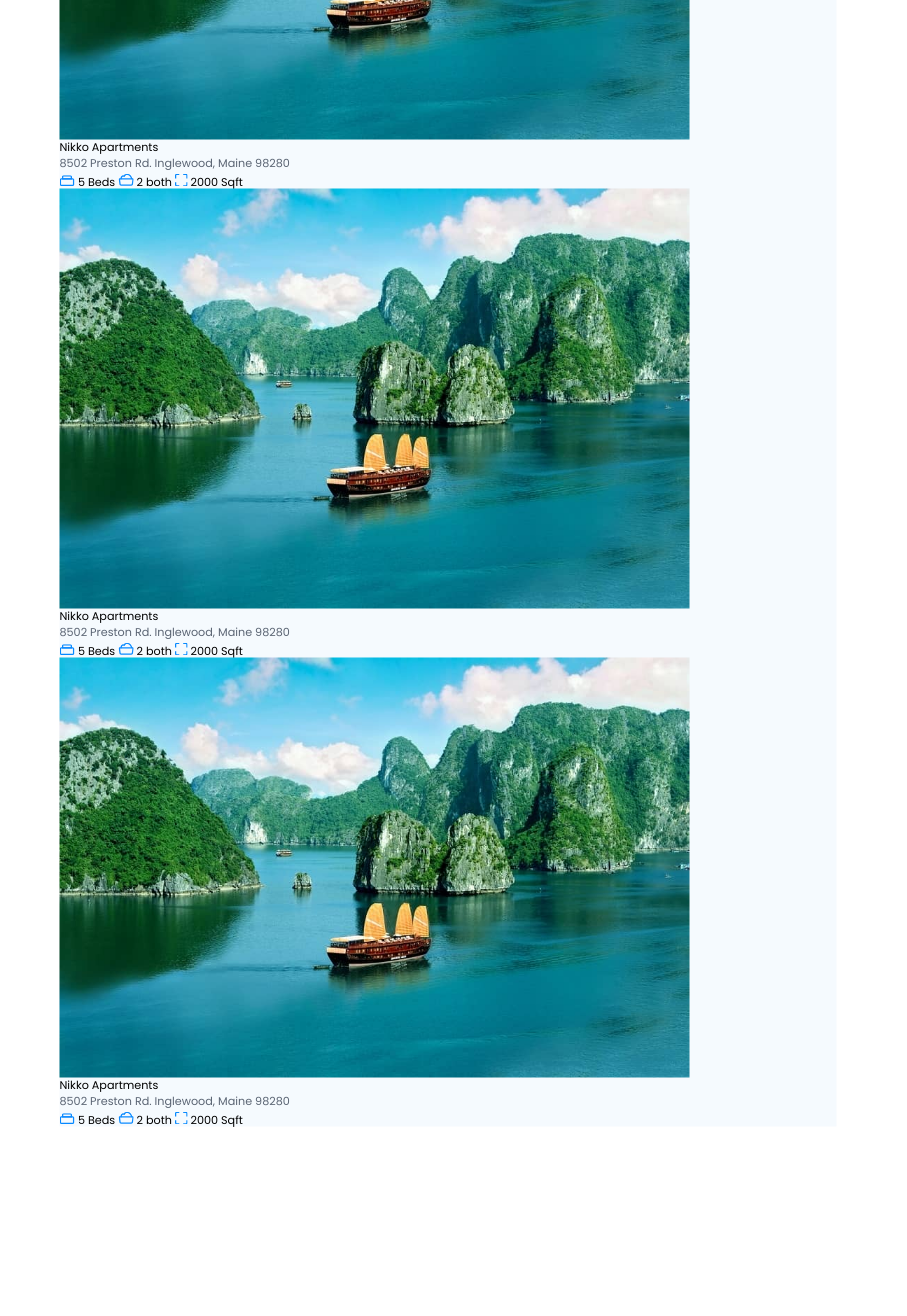
Repository: anhtien111198/f8-htmlcss-01
Page: index.html
The author's editor kept a copy of each file at every save. The page is drawn from the files as they stood at one save, then again after the next save.
The browser window is 1280 px wide. The page is 1295 px wide, so the pictures cover 1295 px, including what lies to the right of the window. The pictures show the part of the page from y = 2365 to 4245 px (the page is 10000 px tall), at 70% of full size.

Above is the page before, as saved 2023-04-30 00:48:55.

After the next save:
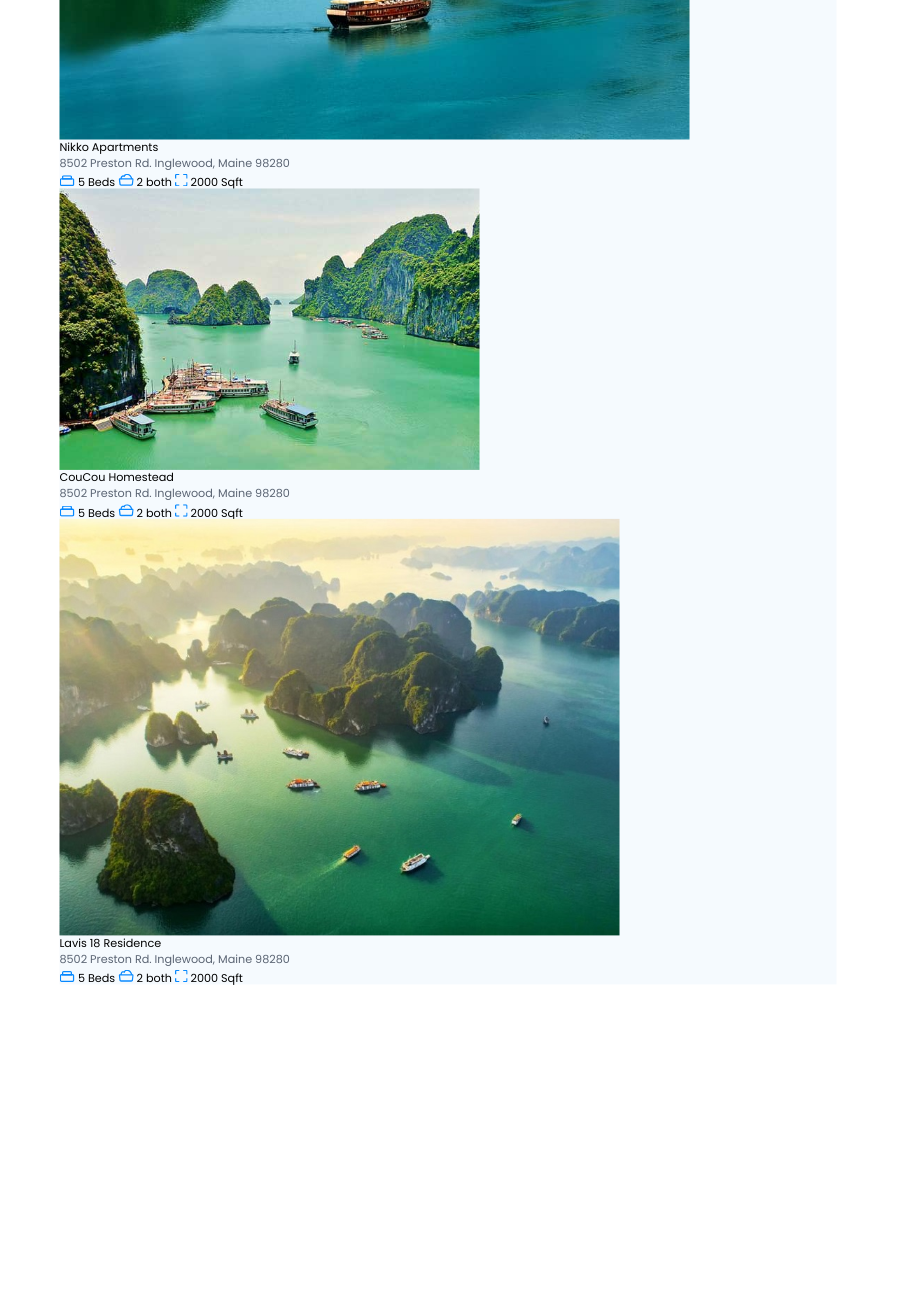
Saved 2 min 42 s later.
--- a/index.html
+++ b/index.html
@@ -220,12 +220,12 @@
                         <!-- Featured-item 2 -->
                         <div class="item">
                             <img
-                                src="./assets/img/featuured-1.jpg"
-                                alt="Nikko Apartments"
+                                src="./assets/img/featured-2.jpg"
+                                alt="CouCou Homestead"
                                 class="thumb"
                             />
                             <div class="body">
-                                <h3 class="title">Nikko Apartments</h3>
+                                <h3 class="title">CouCou Homestead</h3>
                                 <p class="desc">
                                     8502 Preston Rd. Inglewood, Maine 98280
                                 </p>
@@ -257,12 +257,12 @@
                         <!-- Featured-item 3 -->
                         <div class="item">
                             <img
-                                src="./assets/img/featuured-1.jpg"
-                                alt="Nikko Apartments"
+                                src="./assets/img/featured-3.jpg"
+                                alt="Lavis 18 Residence"
                                 class="thumb"
                             />
                             <div class="body">
-                                <h3 class="title">Nikko Apartments</h3>
+                                <h3 class="title">Lavis 18 Residence</h3>
                                 <p class="desc">
                                     8502 Preston Rd. Inglewood, Maine 98280
                                 </p>
